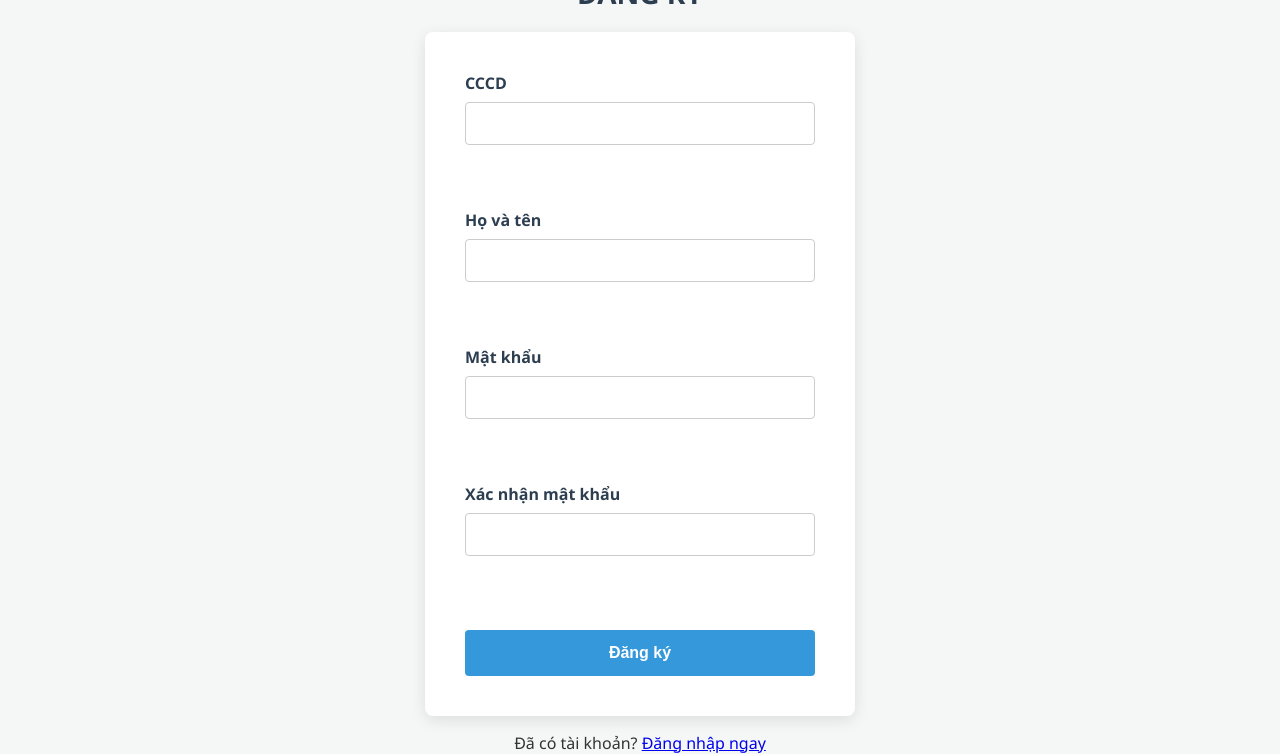
Repository: Chien02/SOAProjects
Page: http://localhost/QuanLyHangHoaWebClient/register.jsp
An editor plug-in stored every save of this project. The page is shown before and after the next save, followed by the edit.
The browser window is 1280 px wide. The pictures show the whole page.
The page is served by Tomcat 9. Nobody is signed in. The application's start-up code is not run. Other server files are loaded and not shown.

Above is the page before, as saved 2026-03-23 17:56:31.

### QuanLyHangHoaWebClient/WebContent/register.jsp
<%@ page language="java" contentType="text/html; charset=UTF-8"
    pageEncoding="UTF-8"%>
<!DOCTYPE html>
<html>
<head>
	<meta charset="UTF-8">
	<title>ĐĂNG KÝ</title>
	<link rel="stylesheet" href="styles/login.css">
</head>
<body>
	<h2>ĐĂNG KÝ</h2>
	<p style="color: red;">${errorMsg}</p>
	<form action="customer" method="POST">
		<label for="cccd">CCCD</label>
		<input type="text" name="cccd"><br><br>

		<label for="username">Họ và tên</label>
		<input type="text" name="username"><br><br>

		<label for="password">Mật khẩu</label>
		<input type="password" name="password"><br><br>

		<label for="confirmPassword">Xác nhận mật khẩu</label>
		<input type="password" name="confirmPassword"><br><br>

		<button type="submit" name="action" value="dangKy">Đăng ký</button>
	</form>
	<p>Đã có tài khoản? <a href="index.jsp">Đăng nhập ngay</a></p>
</body>
</html>

### QuanLyHangHoaWebClient/WebContent/styles/login.css
/* =========================================
   CÀI ĐẶT CHUNG (Trang Đăng Nhập)
   ========================================= */
body {
    font-family: 'Segoe UI', Tahoma, Geneva, Verdana, sans-serif;
    background-color: #f4f7f6;
    color: #333;
    margin: 0;

    /* Dùng Flexbox để căn giữa toàn bộ nội dung ra giữa màn hình */
    display: flex;
    flex-direction: column;
    align-items: center;
    justify-content: center;
    height: 100vh;
}

h2 {
    color: #2c3e50;
    margin-bottom: 20px;
    text-align: center;
    font-size: 28px;
}

/* =========================================
   FORM ĐĂNG NHẬP
   ========================================= */
form {
    background-color: #ffffff;
    padding: 40px;
    border-radius: 8px;
    box-shadow: 0 4px 15px rgba(0, 0, 0, 0.1);
    width: 100%;
    max-width: 350px;
    display: flex;
    flex-direction: column; /* Xếp các input dọc xuống */
}

form label {
    font-weight: bold;
    margin-bottom: 8px;
    color: #2c3e50;
}

form input[type="text"],
form input[type="password"] {
    padding: 12px;
    border: 1px solid #ccc;
    border-radius: 4px;
    font-size: 15px;
    outline: none;
    transition: border 0.3s;
    margin-bottom: 20px; /* Tạo khoảng cách mà không cần thẻ <br> trong HTML */
    width: 100%;
    box-sizing: border-box; /* Giúp padding không làm tràn chiều rộng */
}

form input[type="text"]:focus,
form input[type="password"]:focus {
    border-color: #3498db;
    box-shadow: 0 0 5px rgba(52, 152, 219, 0.3);
}

/* =========================================
   NÚT BẤM & LIÊN KẾT
   ========================================= */
button {
    background-color: #3498db;
    color: white;
    border: none;
    padding: 14px;
    font-size: 16px;
    border-radius: 4px;
    cursor: pointer;
    font-weight: bold;
    transition: background 0.3s;
    width: 100%;
    margin-top: 10px;
}

button:hover {
    background-color: #2980b9;
}

form p {
    text-align: center;
    margin-top: 25px;
    margin-bottom: 0;
    font-size: 14.5px;
}

form p a {
    color: #3498db;
    text-decoration: none;
    font-weight: bold;
    transition: color 0.2s;
}

form p a:hover {
    color: #2980b9;
    text-decoration: underline;
}

/* =========================================
   THÔNG BÁO LỖI (Trang trí lại cho đẹp)
   ========================================= */
p[style*="color: red;"] {
    background-color: #ffebee;
    color: #c62828 !important; /* Đè lại màu đỏ mặc định của bạn cho dịu mắt hơn */
    padding: 12px;
    border-radius: 4px;
    border: 1px solid #ef9a9a;
    margin-bottom: 20px;
    width: 100%;
    max-width: 350px;
    box-sizing: border-box;
    text-align: center;
    font-weight: bold;
    display: none; /* Ẩn đi mặc định */
}

/* Chỉ hiện thông báo lỗi khi có nội dung bên trong */
p[style*="color: red;"]:not(:empty) {
    display: block;
}

After the next save:
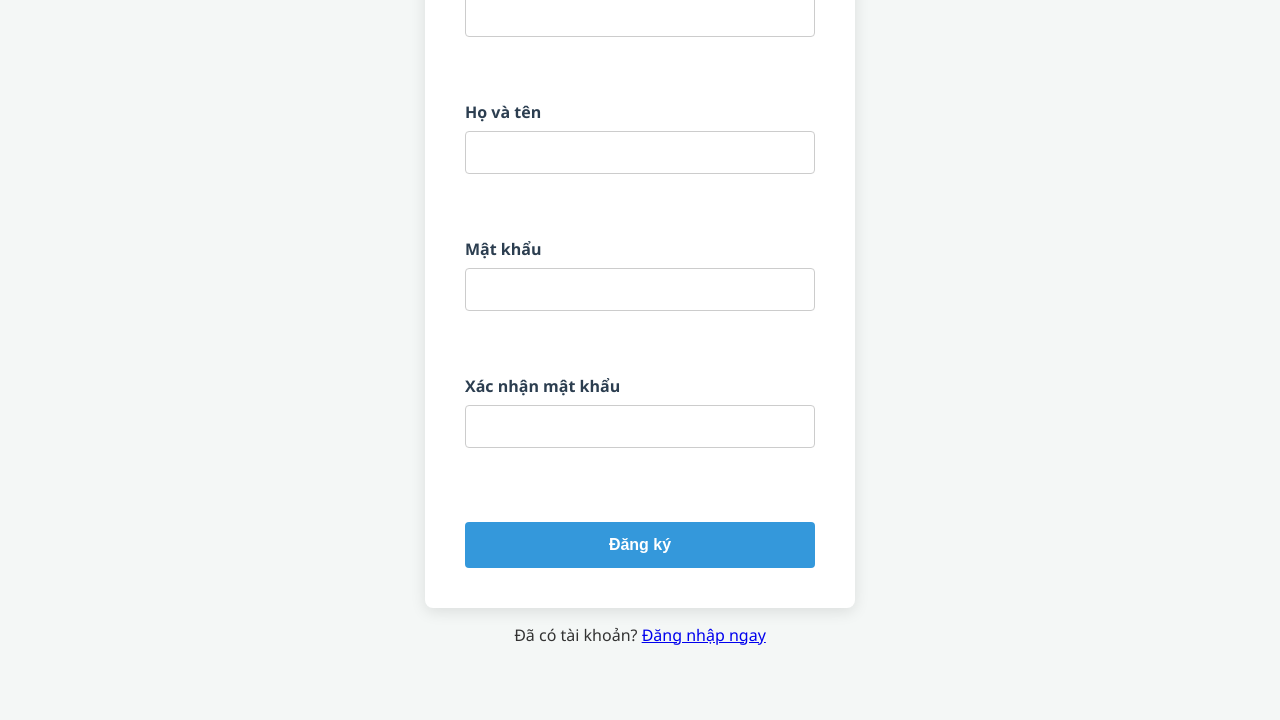
Saved 28 s later.
--- a/QuanLyHangHoaWebClient/WebContent/styles/login.css
+++ b/QuanLyHangHoaWebClient/WebContent/styles/login.css
@@ -12,7 +12,7 @@
     flex-direction: column;
     align-items: center;
     justify-content: center;
-    height: 100vh;
+    height: 70vh;
 }
 
 h2 {

After the save that followed:
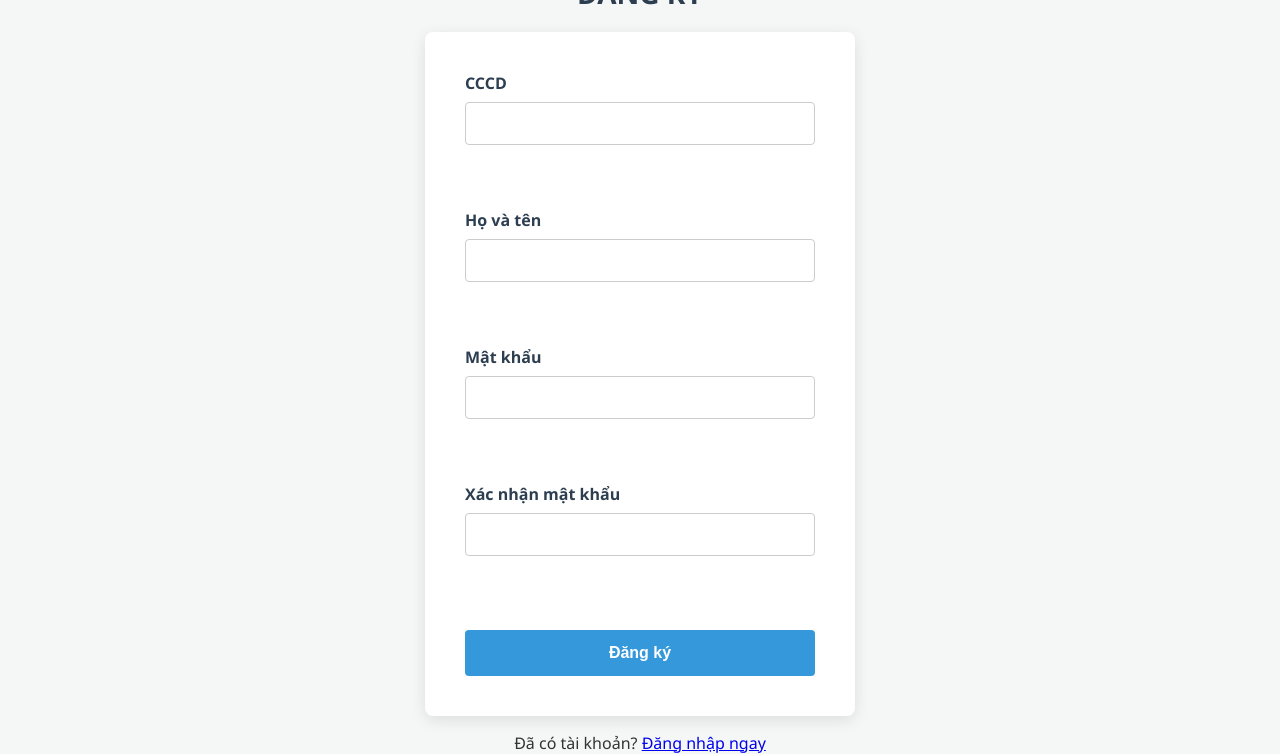
Saved 6 s later.
--- a/QuanLyHangHoaWebClient/WebContent/styles/login.css
+++ b/QuanLyHangHoaWebClient/WebContent/styles/login.css
@@ -12,7 +12,7 @@
     flex-direction: column;
     align-items: center;
     justify-content: center;
-    height: 70vh;
+    height: 100vh;
 }
 
 h2 {
